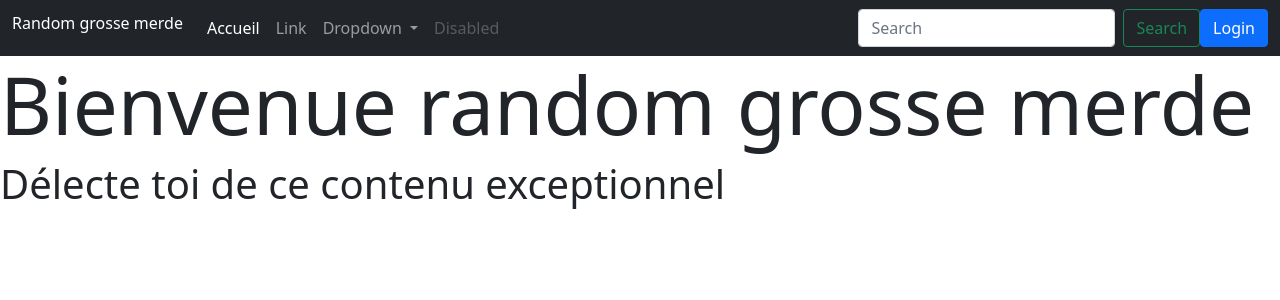
Repository: Mini-T/php-propre
Page: http://localhost/Accueil.php
The author's editor kept a copy of each file at every save. The page is drawn from the files as they stood at one save, then again after the next save.
The browser window is 1280 px wide. The pictures show the whole page.
The page is run by PHP 8.4 with error messages shown; the project is at /var/www/html/. Queries for data that is not in the repository find no rows.

Above is the page before, as saved 2021-03-11 13:26:27.

After the next save:
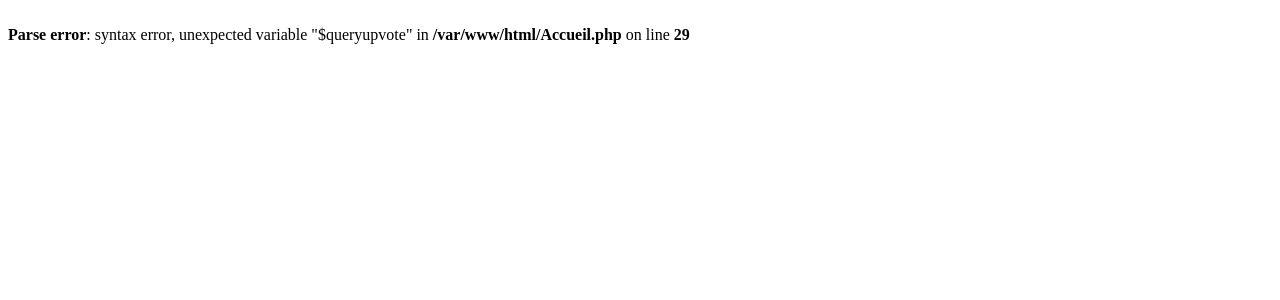
Saved 2 min 59 s later.
--- a/proj/Accueil.php
+++ b/proj/Accueil.php
@@ -25,6 +25,7 @@
                     <button id="upvote" type="submit" value = 1 name="upvote" >up</button>
                 </form>
                 <?php var_dump($_POST['upvote']);
+                $upvoteplusun = $_POST['upvote']
                 $queryupvote
 
 

After the save that followed:
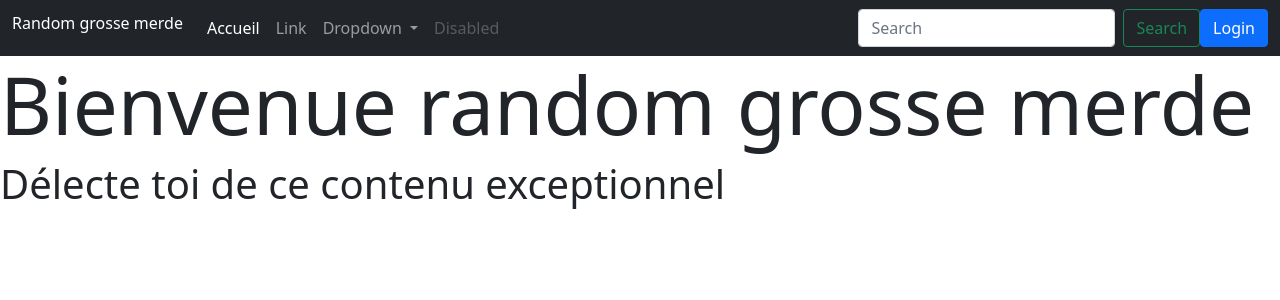
Saved 65 s later.
--- a/proj/Accueil.php
+++ b/proj/Accueil.php
@@ -24,8 +24,9 @@
                 <form action="#" method="POST">
                     <button id="upvote" type="submit" value = 1 name="upvote" >up</button>
                 </form>
-                <?php var_dump($_POST['upvote']);
-                $upvoteplusun = $_POST['upvote']
+                <?php
+                $upvoteplusun = (int)$_POST['upvote'];
+                var_dump($_POST['upvote']);
                 $queryupvote
 
 
